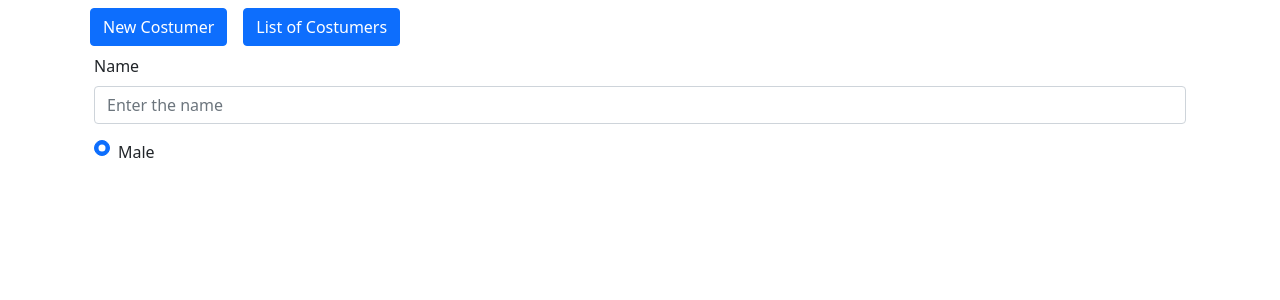
Repository: Sanjayjangra88/combo_app
Page: /, after clicking the first element matching `button.btn`
The author's editor kept a copy of each file at every save. The page is drawn from the files as they stood at one save, then again after the next save.
The browser window is 1280 px wide. The pictures show the whole page.
Some web libraries are served in a nearby version. The project was rebuilt for these pictures with package versions that can differ from the ones it lists, and the page was loaded fresh each time. Also part of the build but not shown: src/App.js.

Above is the page before, as saved 2022-06-03 17:10:48.

After the next save:
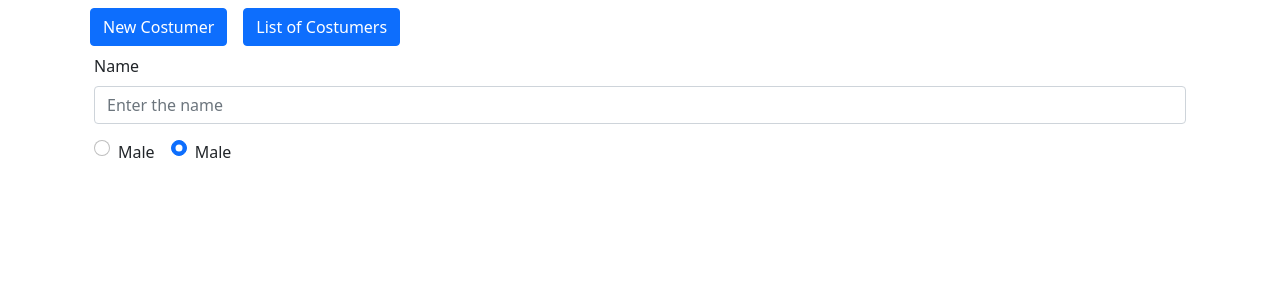
Saved 62 s later.
--- a/src/Components/dpForm.jsx
+++ b/src/Components/dpForm.jsx
@@ -28,6 +28,16 @@ export class dpForm extends Component {
                     onChange={this.handelChange}/>
                     <label className="form-check-label">Male</label>
                 </div>
+                <div className="form-check form-check-inline">
+                    <input
+                    className="form-check-input"
+                    type="radio"
+                    name="gender"
+                    value="Male"
+                    checked="Female"
+                    onChange={this.handelChange}/>
+                    <label className="form-check-label">Male</label>
+                </div>
       </div>
     )
   }
